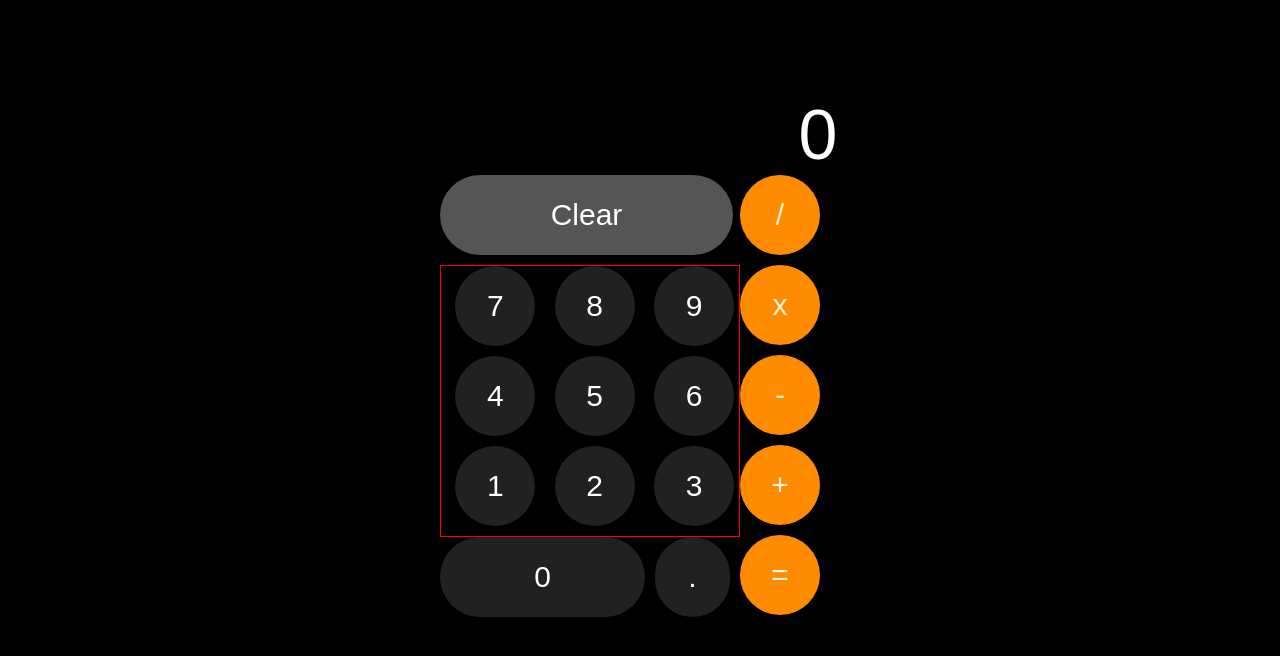
Repository: kocokoy/Calculator
Page: index.html
These files come from the project's save history. The page is drawn as it stood at one moment and after the next save; the edit follows.
The browser window is 1280 px wide. The pictures show the whole page.

Above is the page before, as saved 2024-10-23 09:34:07.

After the next save:
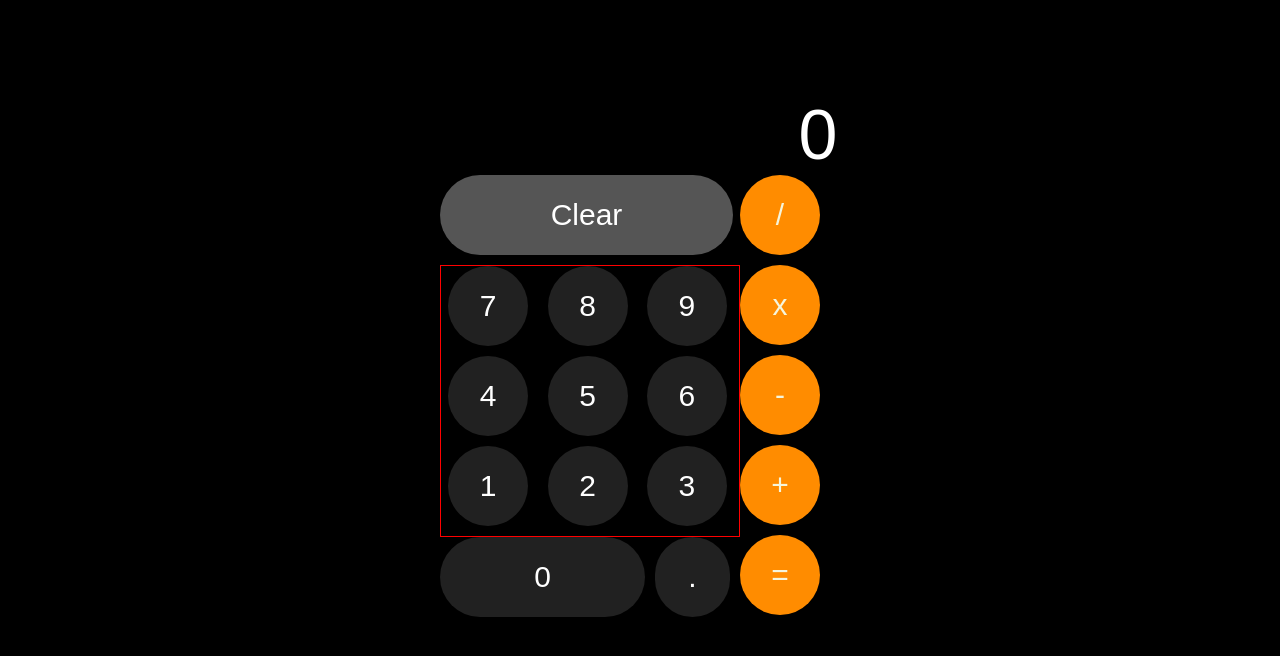
Saved 67 s later.
--- a/style.css
+++ b/style.css
@@ -45,6 +45,7 @@ button{
 .number-container{
   display: grid;
   grid-template-columns: 1fr 1fr 1fr;
+  place-items: center;
   direction: rtl;
   border: 1px solid red;
 }
